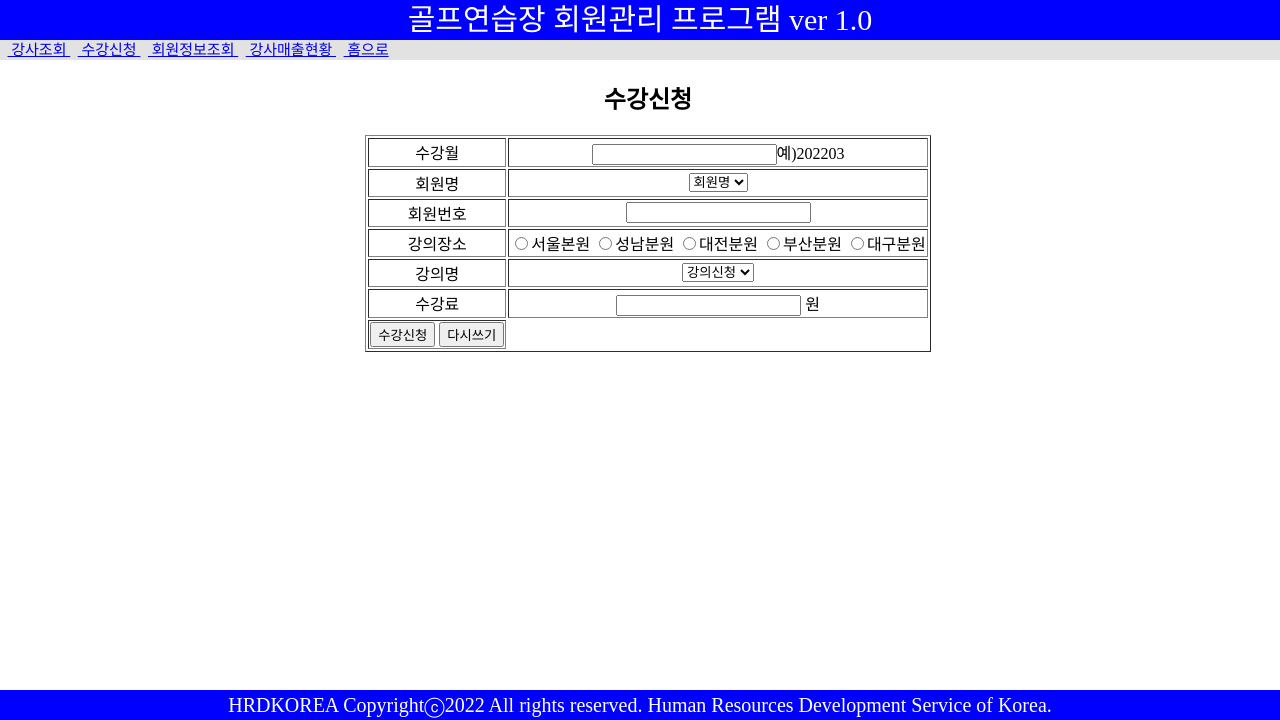
Repository: YeoJeongmo/hrdKorea
Page: http://localhost/HRD_01/insert.jsp
These files come from the project's save history. The page is drawn as it stood at one moment and after the next save; the edit follows.
The browser window is 1280 px wide. The pictures show the whole page.
The page is served by Tomcat 9.

Above is the page before, as saved 2024-09-02 06:08:23.

After the next save:
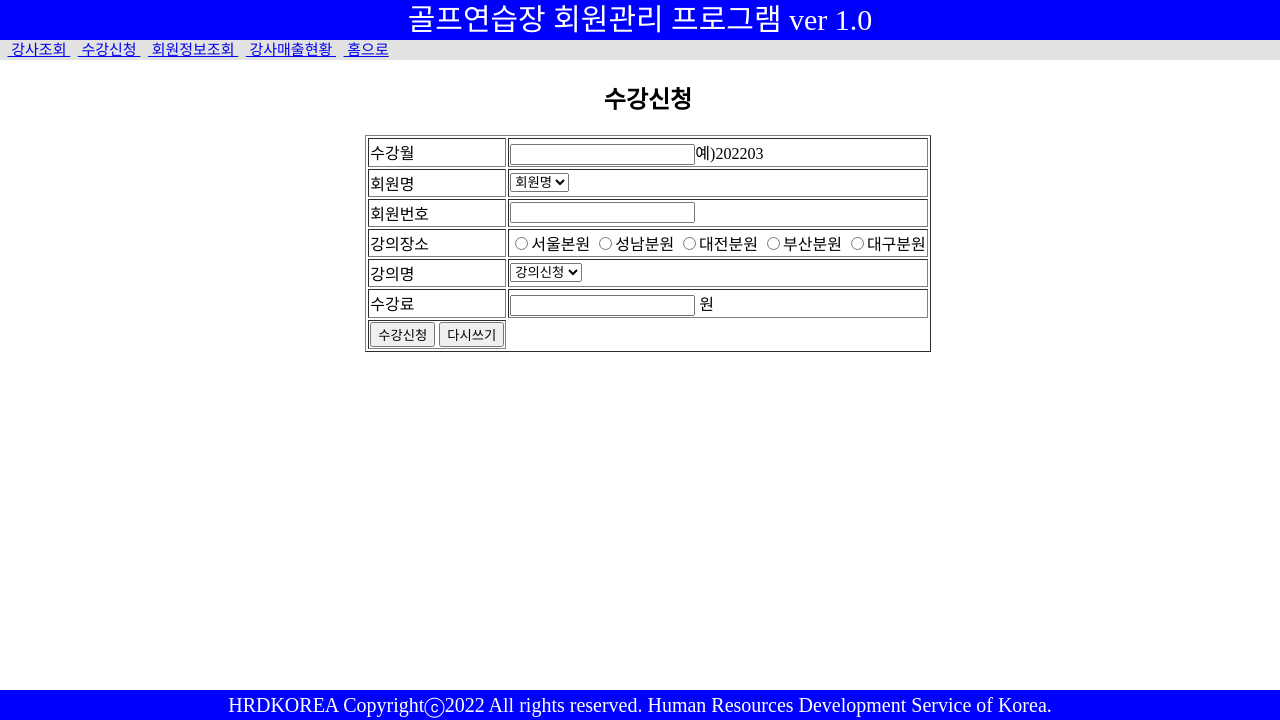
Saved 22 s later.
--- a/cbq_01/workspace/HRD_01/src/main/webapp/insert.jsp
+++ b/cbq_01/workspace/HRD_01/src/main/webapp/insert.jsp
@@ -13,7 +13,7 @@
 <jsp:include page="header.jsp"></jsp:include>
 <section style="position: fixed; width:100%; top: 60px;justify-content: center;">
 	<h2 style="text-align: center; ">수강신청</h2>
-	<form name=frm style="display: flex; justify-content: center; text-align: center;">
+	<form name=frm style="display: flex; justify-content: center; ">
 		<table border="1">
 			<tr>
 				<td> 수강월 </td>
